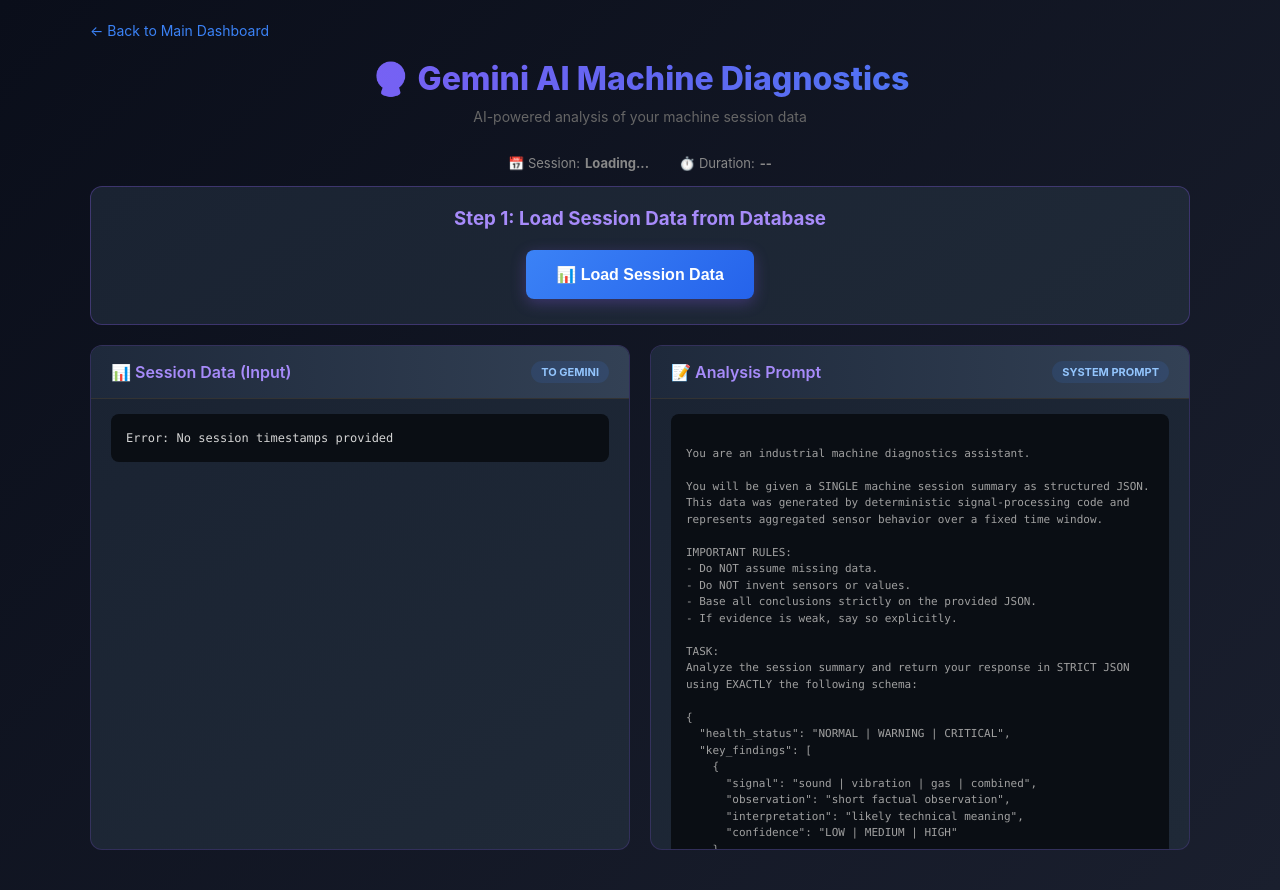
Repository: My-Mation/FSociety
Page: gemini_analysis.html
The author's editor kept a copy of each file at every save. The page is drawn from the files as they stood at one save, then again after the next save.
The browser window is 1280 px wide. The pictures show the whole page.
An inner scrolling area shows only its first screen.

Above is the page before, as saved 2026-01-10 20:12:15.

After the next save:
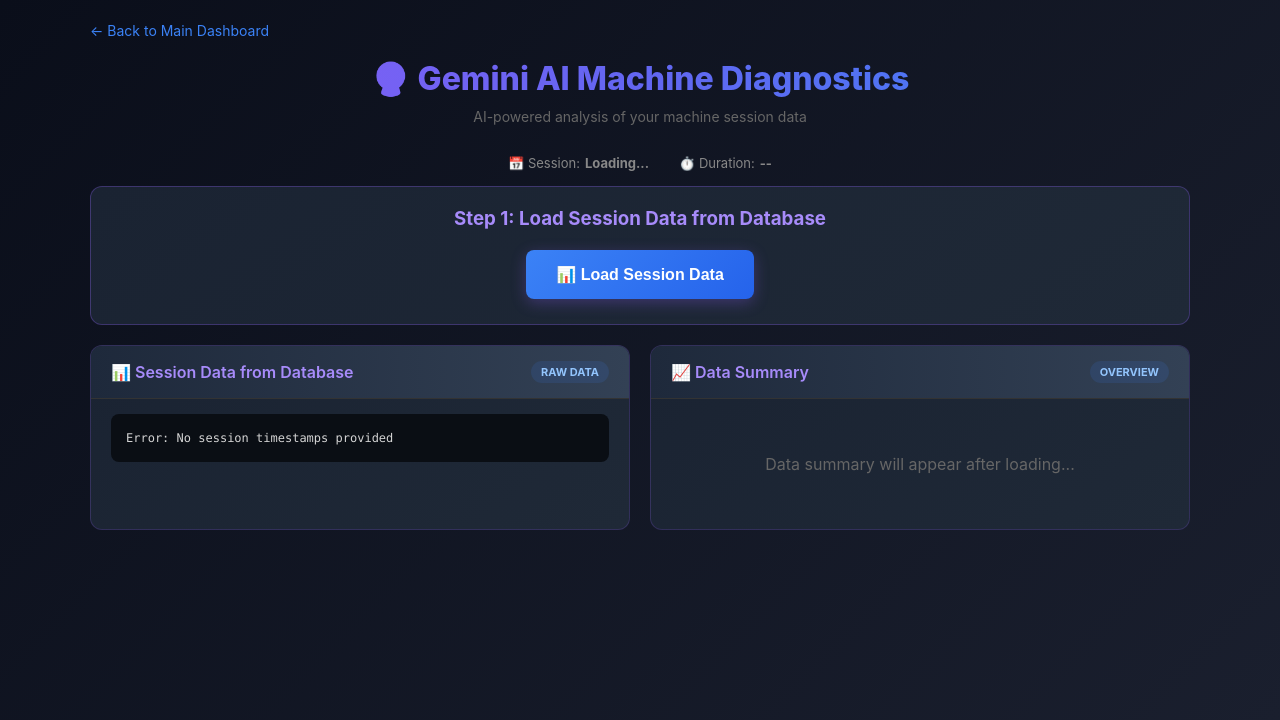
Saved 26 s later.
--- a/gemini_analysis.html
+++ b/gemini_analysis.html
@@ -422,57 +422,36 @@
             <!-- Input Data Panel -->
             <div class="panel">
                 <div class="panel-header">
-                    <h3>📊 Session Data (Input)</h3>
-                    <span class="badge input">TO GEMINI</span>
+                    <h3>📊 Session Data from Database</h3>
+                    <span class="badge input">RAW DATA</span>
                 </div>
                 <div class="panel-body">
-                    <div class="json-display" id="input-json">Loading session data...</div>
+                    <div class="json-display" id="input-json">Click "Load Session Data" to fetch data from database...</div>
                 </div>
             </div>
 
-            <!-- Prompt Panel -->
+            <!-- Data Summary Panel -->
             <div class="panel">
                 <div class="panel-header">
-                    <h3>📝 Analysis Prompt</h3>
-                    <span class="badge input">SYSTEM PROMPT</span>
+                    <h3>📈 Data Summary</h3>
+                    <span class="badge input">OVERVIEW</span>
                 </div>
-                <div class="panel-body">
-                    <div class="json-display" id="prompt-display" style="font-size: 11px; color: #a0a0a0;">
-You are an industrial machine diagnostics assistant.
-
-You will be given a SINGLE machine session summary as structured JSON.
-This data was generated by deterministic signal-processing code and
-represents aggregated sensor behavior over a fixed time window.
-
-IMPORTANT RULES:
-- Do NOT assume missing data.
-- Do NOT invent sensors or values.
-- Base all conclusions strictly on the provided JSON.
-- If evidence is weak, say so explicitly.
-
-TASK:
-Analyze the session summary and return your response in STRICT JSON
-using EXACTLY the following schema:
-
-{
-  "health_status": "NORMAL | WARNING | CRITICAL",
-  "key_findings": [
-    {
-      "signal": "sound | vibration | gas | combined",
-      "observation": "short factual observation",
-      "interpretation": "likely technical meaning",
-      "confidence": "LOW | MEDIUM | HIGH"
-    }
-  ],
-  "overall_severity": "LOW | MEDIUM | HIGH",
-  "recommended_actions": [
-    "action item 1",
-    "action item 2"
-  ],
-  "notes": "optional clarifications or uncertainty"
-}
+                <div class="panel-body" id="data-summary">
+                    <div style="color: #666; text-align: center; padding: 40px;">
+                        Data summary will appear after loading...
                     </div>
                 </div>
+            </div>
+        </div>
+
+        <!-- Prompt Panel (shown after data loaded) -->
+        <div class="panel" id="prompt-panel" style="display: none; margin-bottom: 20px;">
+            <div class="panel-header">
+                <h3>📝 Gemini Prompt (What will be sent)</h3>
+                <span class="badge input">SYSTEM PROMPT + DATA</span>
+            </div>
+            <div class="panel-body">
+                <div class="json-display" id="prompt-display" style="font-size: 11px; color: #a0a0a0;"></div>
             </div>
         </div>
 
